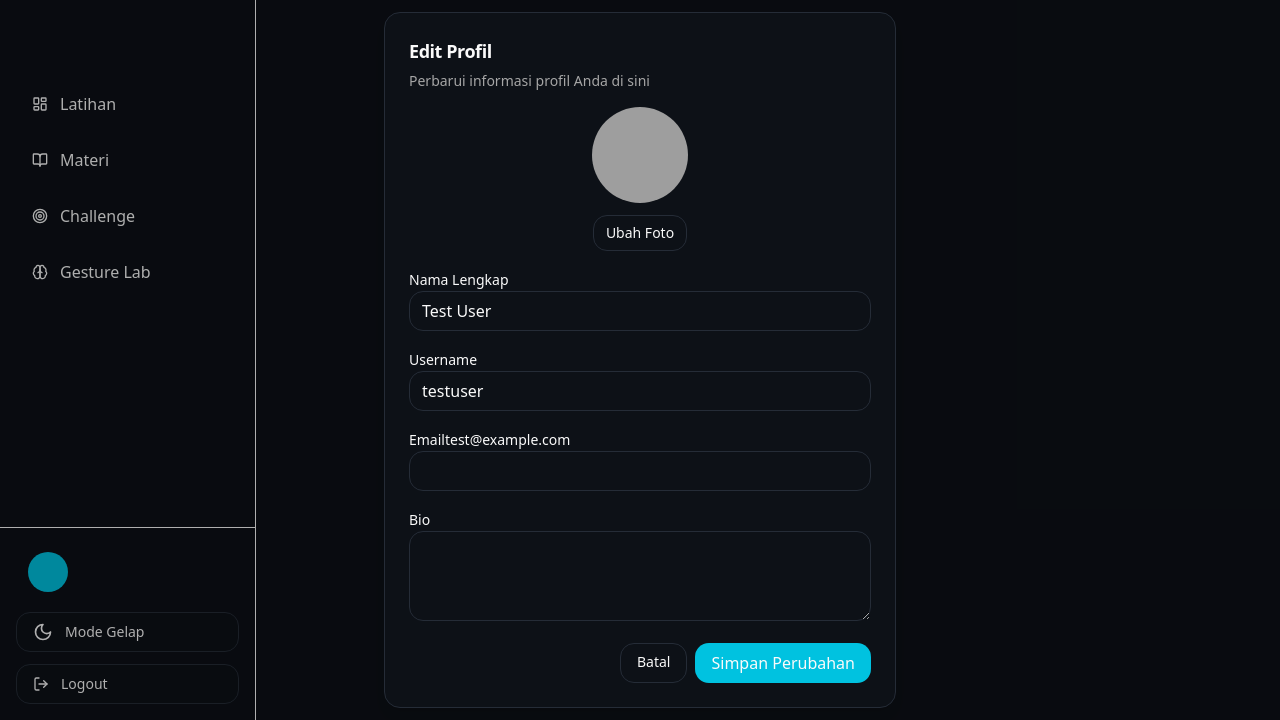
Repository: Tisna7/GESTURA
Page: http://localhost/profile/edit
An editor plug-in stored every save of this project. The page is shown before and after the next save, followed by the edit.
The browser window is 1280 px wide. The pictures show the whole page.
Pictures or frames that could not be fetched are drawn as grey boxes. The page is served by the project's Laravel application, run on PHP 8.4 with Laravel 12. A made-up administrator, Test User (test@example.com), is signed in. Other server files are loaded and not shown. Style sheets and scripts are compiled from the project's sources, by tool versions that may differ from the author's.

Above is the page before, as saved 2025-11-23 16:33:29.

### app/Providers/AppServiceProvider.php
<?php

namespace App\Providers;

use Illuminate\Support\ServiceProvider;

class AppServiceProvider extends ServiceProvider
{
    /**
     * Register any application services.
     */
    public function register(): void
    {

    }

    /**
     * Bootstrap any application services.
     */
    public function boot(): void
    {

    }
}

### routes/web.php
<?php

use Illuminate\Support\Facades\Route;
use App\Http\Controllers\AuthController;
use App\Http\Controllers\ProfileController;

Route::get('/', function () {
    return view('landingpage');
});

Route::get('/auth', [AuthController::class, 'showPage'])->name('auth.page');

// Route::post('/register', [AuthController::class, 'register'])->name('register');

// Route::post('/login', [AuthController::class, 'login'])->name('login');
// Route::post('/logout', [AuthController::class, 'logout'])->name('logout');


// REGISTER
Route::post('/register', [AuthController::class, 'register'])->name('auth.register');

// LOGIN
Route::post('/login', [AuthController::class, 'login'])->name('auth.login');

// LOGIN GUEST
Route::get('/login/guest', [AuthController::class, 'loginGuest'])->name('auth.guest');

// LOGOUT
Route::get('/logout', [AuthController::class, 'logout'])->name('auth.logout');


Route::get('/profile/edit', [ProfileController::class, 'edit'])->name('profile.edit');
Route::put('/profile/update', [ProfileController::class, 'update'])->name('profile.update');


Route::get('/profile', function () {
    return view('user.profile');
});
Route::get('/materi', function () {
    return view('user.materi');
});
Route::get('/gesturelab', function () {
    return view('user.gesture-lab-practice');
});
Route::get('/gesture-lab-translate', function () {
    return view('user.gesture-lab-translate');
});
Route::get('/materi-isi', function () {
    return view('user.materi-isi');
});
Route::get('/latihan', function () {
    return view('user.quiz');
});
Route::get('/Challenge', function () {
    return view('user.challenge');
});
Route::get('/Challenge-isi', function () {
    return view('user.challenge-isi');
});

### app/Http/Controllers/ProfileController.php
<?php

namespace App\Http\Controllers;

use Illuminate\Http\Request;
use Illuminate\Support\Facades\Auth;

class ProfileController extends Controller
{
    public function edit()
    {
        $user = Auth::user();
        return view('user.profile-edit', compact('user'));
    }

    public function update(Request $request)
    {
        $request->validate([
            'name'     => 'required|string|max:255',
            'username' => 'required|string|max:255|unique:users,username,' . Auth::id(),
            'bio'      => 'nullable|string|max:255',
        ]);

        $user = Auth::user();

        $user->update([
    'name' => $request->name,
    'username' => $request->username,
    'email' => $request->email,
    'bio' => $request->bio,
    'profile_image' => $request->profile_image, // SIMPAN SEED
]);


    return redirect('/profile')->with('success', 'Profil berhasil diperbarui!');
    }
}

### resources/views/user/profile-edit.blade.php
@extends('app')
@section('title', 'Edit Profil')

@section('content')

    {{-- Sidebar --}}
    <x-sidebar-user></x-sidebar-user>

    {{-- Konten Halaman --}}
    <div class="ml-[16rem] p-6">
        {{-- (optional) Isi konten lain di sini --}}
    </div>

    {{-- ======================== MODAL ======================== --}}
    <div class="fixed inset-0 z-50 flex items-center justify-center bg-black/30">

        <div class="w-full max-w-lg bg-background border p-6 shadow-lg rounded-lg animate-in fade-in zoom-in">

            {{-- Header --}}
            <div class="flex flex-col space-y-1.5 text-center sm:text-left">
                <h2 class="text-lg font-semibold">Edit Profil</h2>
                <p class="text-sm text-muted-foreground">Perbarui informasi profil Anda di sini</p>
            </div>

            {{-- Form --}}
            <form action="{{ route('profile.update') }}" method="POST" class="mt-4">
                @csrf

                {{-- FOTO --}}
                <div class="flex flex-col items-center gap-3 mb-4">
                    <span class="relative flex overflow-hidden rounded-full h-24 w-24 border-4 border-primary/20">
                        <img class="h-full w-full object-cover"
                            src="https://api.dicebear.com/7.x/avataaars/svg?seed={{ $user->username ?? 'user' }}">
                    </span>

                    <button type="button"
                        class="inline-flex items-center gap-2 border rounded-md h-9 px-3 text-sm hover:bg-accent hover:text-accent-foreground">
                        Ubah Foto
                    </button>
                </div>

                {{-- INPUT --}}
                <div class="space-y-4">

                    <div>
                        <label class="text-sm font-medium">Nama Lengkap</label>
                        <input type="text" name="name" value="{{ old('name', $user->name) }}"
                            class="w-full h-10 rounded-md border px-3 py-2">
                    </div>

                    <div>
                        <label class="text-sm font-medium">Username</label>
                        <input type="text" name="username" value="{{ old('username', $user->username) }}"
                            class="w-full h-10 rounded-md border px-3 py-2">
                    </div>

                    <div>
                        <label class="text-sm font-medium">Email{{ old('email', $user->email) }}</label>
                        <input type="email" name="email" value=""
                            class="w-full h-10 rounded-md border px-3 py-2">
                    </div>

                    <div>
                        <label class="text-sm font-medium">Bio</label>
                        <textarea name="bio" rows="3" class="w-full rounded-md border px-3 py-2">{{ old('bio', $user->bio) }}</textarea>
                    </div>

                </div>

                {{-- BUTTONS --}}
                <form action="{{ route('profile.update') }}" method="POST">
    @csrf
    @method('PUT')


    {{-- Tombol --}}
    <div class="flex justify-end gap-2 pt-4">
        <a href="/profile" class="border rounded-md px-4 py-2 text-sm hover:bg-accent">
            Batal
        </a>

        <button type="submit" class="bg-primary text-white rounded-md px-4 py-2 hover:bg-primary/90">
            Simpan Perubahan
        </button>
    </div>

</form>



            </form>

        </div>
    </div>

@endsection

### resources/views/components/sidebar-user.blade.php
@php
    use Illuminate\Support\Facades\Auth;
@endphp



<aside
    class="fixed top-0 left-0 h-full bg-sidebar border-r border-sidebar-border shadow-medium z-40 transition-transform duration-300 -translate-x-full lg:translate-x-0 w-64">
    <div class="flex flex-col h-full">

        {{-- LOGO --}}
        <div class="hidden lg:flex items-center gap-2 p-6 border-b border-sidebar-border">
            <div class="w-10 h-10 rounded-full bg-gradient-hero flex items-center justify-center shadow-soft">
                <img src="{{ asset('images/logo.png') }}" alt="MindCare Logo" class="w-8 h-8">
            </div>
            <div>
                <span class="text-xl font-bold bg-gradient-to-r from-primary to-accent bg-clip-text text-transparent block">
                    MindCare
                </span>
            </div>
        </div>

        {{-- MENU --}}
        <nav class="flex-1 p-4 space-y-2 overflow-y-auto mt-16 lg:mt-0">

            {{-- Latihan --}}
            <a class="{{ request()->is('latihan') ? 'bg-sidebar-accent text-sidebar-accent-foreground font-medium shadow-soft'
                : 'text-sidebar-foreground hover:bg-sidebar-accent/50' }}
                flex items-center gap-3 px-4 py-3 rounded-xl transition-smooth"
                href="/latihan">

                <svg xmlns="http://www.w3.org/2000/svg" viewBox="0 0 24 24"
                    fill="none" stroke="currentColor" stroke-width="2"
                    stroke-linecap="round" stroke-linejoin="round"
                    class="lucide lucide-layout-dashboard w-4 h-4">
                    <rect width="7" height="9" x="3" y="3" rx="1"></rect>
                    <rect width="7" height="5" x="14" y="3" rx="1"></rect>
                    <rect width="7" height="9" x="14" y="12" rx="1"></rect>
                    <rect width="7" height="5" x="3" y="16" rx="1"></rect>
                </svg>

                <span>Latihan</span>
            </a>

            {{-- Materi --}}
            <a class="{{ request()->is('materi') ? 'bg-sidebar-accent text-sidebar-accent-foreground font-medium shadow-soft'
                : 'text-sidebar-foreground hover:bg-sidebar-accent/50' }}
                flex items-center gap-3 px-4 py-3 rounded-xl transition-smooth"
                href="/materi">

                <svg xmlns="http://www.w3.org/2000/svg" viewBox="0 0 24 24"
                    fill="none" stroke="currentColor" stroke-width="2"
                    stroke-linecap="round" stroke-linejoin="round"
                    class="lucide lucide-book-open w-4 h-4">
                    <path d="M12 7v14"></path>
                    <path
                        d="M3 18a1 1 0 0 1-1-1V4a1 1 0 0 1 1-1h5a4 4 0 0 1 4 4 4 4 0 0 1 4-4h5a1 1 0 0 1 1 1v13a1 1 0 0 1-1 1h-6a3 3 0 0 0-3 3 3 3 0 0 0-3-3z">
                    </path>
                </svg>

                <span>Materi</span>
            </a>

            {{-- Challenge --}}
            <a class="{{ request()->is('Challenge') ? 'bg-sidebar-accent text-sidebar-accent-foreground font-medium shadow-soft'
                : 'text-sidebar-foreground hover:bg-sidebar-accent/50' }}
                flex items-center gap-3 px-4 py-3 rounded-xl transition-smooth"
                href="/Challenge">

                <svg xmlns="http://www.w3.org/2000/svg" viewBox="0 0 24 24"
                    fill="none" stroke="currentColor" stroke-width="2"
                    stroke-linecap="round" stroke-linejoin="round"
                    class="lucide lucide-target w-4 h-4">
                    <circle cx="12" cy="12" r="10"></circle>
                    <circle cx="12" cy="12" r="6"></circle>
                    <circle cx="12" cy="12" r="2"></circle>
                </svg>

                <span>Challenge</span>
            </a>

            {{-- Gesture Lab --}}
            <a class="{{ request()->is('gesturelab') ? 'bg-sidebar-accent text-sidebar-accent-foreground font-medium shadow-soft'
                : 'text-sidebar-foreground hover:bg-sidebar-accent/50' }}
                flex items-center gap-3 px-4 py-3 rounded-xl transition-smooth"
                href="/gesturelab">

                <svg xmlns="http://www.w3.org/2000/svg" viewBox="0 0 24 24"
                    fill="none" stroke="currentColor" stroke-width="2"
                    stroke-linecap="round" stroke-linejoin="round"
                    class="lucide lucide-brain w-4 h-4">

                    <path d="M12 5a3 3 0 1 0-5.997.125 4 4 0 0 0-2.526 5.77 4 4 0 0 0 .556 6.588A4 4 0 1 0 12 18Z"></path>
                    <path d="M12 5a3 3 0 1 1 5.997.125 4 4 0 0 1 2.526 5.77 4 4 0 0 1-.556 6.588A4 4 0 1 1 12 18Z"></path>
                    <path d="M15 13a4.5 4.5 0 0 1-3-4 4.5 4.5 0 0 1-3 4"></path>

                </svg>

                <span>Gesture Lab</span>
            </a>
        </nav>

        {{-- BOTTOM SECTION --}}
        <div class="p-4 border-t border-sidebar-border space-y-3">

            {{-- User Button --}}
            <button
                class="w-full flex items-center gap-3 px-3 py-2 rounded-xl hover:bg-sidebar-accent transition-smooth"
                type="button">
                <span class="relative flex items-center justify-center shrink-0 overflow-hidden rounded-full w-10 h-10 bg-primary"></span>
                <div class="flex-1 text-left">
                    <p class="text-sm font-medium text-sidebar-foreground"></p>
                    <p class="text-xs text-muted-foreground"></p>
                </div>
            </button>

            {{-- Mode Gelap --}}
            <button
                class="inline-flex items-center whitespace-nowrap rounded-md text-sm font-medium border border-input bg-background hover:bg-accent hover:text-accent-foreground h-10 px-4 py-2 w-full justify-start gap-3 hover:bg-accent transition-smooth">
                <svg xmlns="http://www.w3.org/2000/svg" viewBox="0 0 24 24"
                    fill="none" stroke="currentColor" stroke-width="2"
                    stroke-linecap="round" stroke-linejoin="round"
                    class="lucide lucide-moon w-4 h-4">
                    <path d="M12 3a6 6 0 0 0 9 9 9 9 0 1 1-9-9Z"></path>
                </svg>
                <span>Mode Gelap</span>
            </button>

            {{-- Logout --}}
            <form action="" method="POST">
                @csrf
                <button type="submit"
                    class="inline-flex items-center whitespace-nowrap rounded-md text-sm font-medium border border-input bg-background hover:bg-accent hover:text-accent-foreground h-10 px-4 py-2 w-full justify-start gap-3">

                    <svg xmlns="http://www.w3.org/2000/svg" viewBox="0 0 24 24"
                        fill="none" stroke="currentColor" stroke-width="2"
                        stroke-linecap="round" stroke-linejoin="round"
                        class="lucide lucide-log-out w-4 h-4">
                        <path d="M9 21H5a2 2 0 0 1-2-2V5a2 2 0 0 1 2-2h4"></path>
                        <polyline points="16 17 21 12 16 7"></polyline>
                        <line x1="21" x2="9" y1="12" y2="12"></line>
                    </svg>

                    <span>Logout</span>
                </button>
            </form>

        </div>
    </div>
</aside>




<script>
    const html = document.documentElement;
    const toggleDark = document.querySelector('.hover\\:bg-accent'); // tombol "Mode Gelap"
    const icon = toggleDark.querySelector('svg');
    const label = toggleDark.querySelector('span');

    // Cek tema yang tersimpan
    const storedTheme = localStorage.getItem("theme");
    const systemPrefersDark = window.matchMedia("(prefers-color-scheme: dark)").matches;

    // Fungsi ubah tema
    function setTheme(dark) {
        if (dark) {
            html.classList.add("dark");
            localStorage.setItem("theme", "dark");
            label.textContent = "Mode Terang";
            icon.outerHTML = `
        <svg xmlns="http://www.w3.org/2000/svg" width="24" height="24"
          viewBox="0 0 24 24" fill="none" stroke="currentColor"
          stroke-width="2" stroke-linecap="round" stroke-linejoin="round"
          class="lucide lucide-sun w-5 h-5">
          <circle cx="12" cy="12" r="4"></circle>
          <path d="M12 2v2"></path>
          <path d="M12 20v2"></path>
          <path d="m4.93 4.93 1.41 1.41"></path>
          <path d="m17.66 17.66 1.41 1.41"></path>
          <path d="M2 12h2"></path>
          <path d="M20 12h2"></path>
          <path d="m6.34 17.66-1.41 1.41"></path>
          <path d="m19.07 4.93-1.41 1.41"></path>
        </svg>`;
        } else {
            html.classList.remove("dark");
            localStorage.setItem("theme", "light");
            label.textContent = "Mode Gelap";
            icon.outerHTML = `
        <svg xmlns="http://www.w3.org/2000/svg" width="24" height="24"
          viewBox="0 0 24 24" fill="none" stroke="currentColor"
          stroke-width="2" stroke-linecap="round" stroke-linejoin="round"
          class="lucide lucide-moon w-5 h-5">
          <path d="M12 3a6 6 0 0 0 9 9 9 9 0 1 1-9-9Z"></path>
        </svg>`;
        }
    }

    // Terapkan tema saat load pertama
    setTheme(storedTheme === "dark" || (!storedTheme && systemPrefersDark));

    // Tambahkan event listener untuk toggle
    toggleDark.addEventListener("click", () => {
        setTheme(!html.classList.contains("dark"));
    });
</script>

### resources/views/app.blade.php
<!DOCTYPE html>
<html lang="id">
<head>
  <meta charset="UTF-8">
  <meta name="viewport" content="width=device-width, initial-scale=1.0">
  <meta name="csrf-token" content="{{ csrf_token() }}">
  <link rel="icon" type="image/png" href="{{ asset('images/logo.png') }}">
  <title>@yield('title', 'GESTURA')</title>

  <!-- Tailwind CSS -->
  {{-- @vite('public/build/app-Lz3KVd0D.css') --}}
  {{-- <!-- @vite('resources/css/app.css') --> --}}
   {{-- <!-- @vite('public/build/assets/app-TBPMHXQo.css') --> --}}

  @vite(['resources/css/app.css', 'resources/css/theme.css'])

  <script defer src="https://cdn.jsdelivr.net/npm/alpinejs@3.x.x/dist/cdn.min.js"></script>

</head>
<body>
  @yield('content')
</body>
</html>

### resources/css/app.css
@import 'tailwindcss';
@import "./theme.css";

@source '../../vendor/laravel/framework/src/Illuminate/Pagination/resources/views/*.blade.php';
@source '../../storage/framework/views/*.php';
@source '../**/*.blade.php';
@source '../**/*.js';

@theme {
    --font-sans: 'Instrument Sans', ui-sans-serif, system-ui, sans-serif, 'Apple Color Emoji', 'Segoe UI Emoji',
        'Segoe UI Symbol', 'Noto Color Emoji';

    --color-background: #ffabcc;
}

Loaded but not shown: app/Models/User.php (common file); app/Http/Controllers/Controller.php (common file); resources/css/theme.css (library)

After the next save:
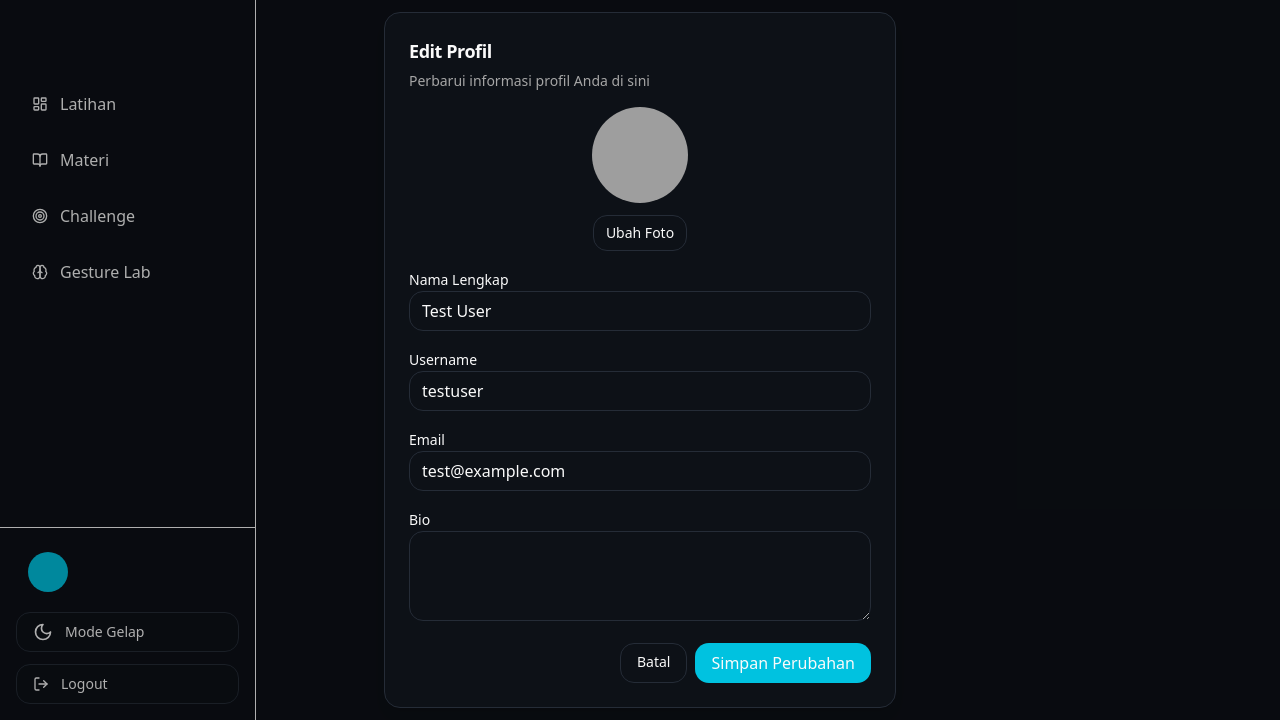
Saved 16 s later.
--- a/resources/views/user/profile-edit.blade.php
+++ b/resources/views/user/profile-edit.blade.php
@@ -55,8 +55,8 @@
                     </div>
 
                     <div>
-                        <label class="text-sm font-medium">Email{{ old('email', $user->email) }}</label>
-                        <input type="email" name="email" value=""
+                        <label class="text-sm font-medium">Email</label>
+                        <input type="email" name="email" value="{{ old('email', $user->email) }}"
                             class="w-full h-10 rounded-md border px-3 py-2">
                     </div>
 
